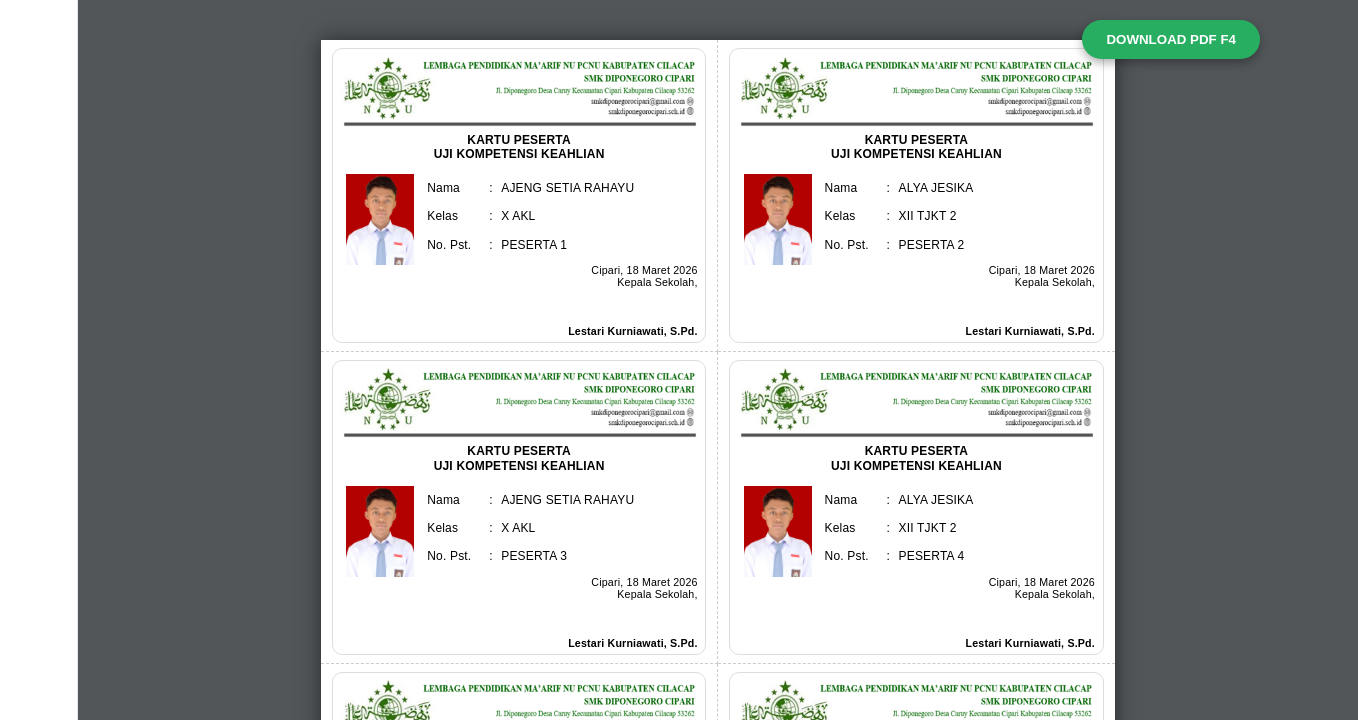
Repository: UsmanAzizz/generator-kartu-tes
Page: /
These files come from the project's save history. The page is drawn as it stood at one moment and after the next save; the edit follows.
The browser window is 1280 px wide. The page is 1358 px wide, then 1280 px, so the pictures cover 1358 px, including what lies to the right of the window. The pictures show the whole page.
An inner scrolling area shows only its first screen. The project was rebuilt for these pictures with package versions that can differ from the ones it lists, and the page was loaded fresh each time. Also part of the build but not shown: vite.config.js.

Above is the page before, as saved 2026-03-18 16:34:19.

After the next save:
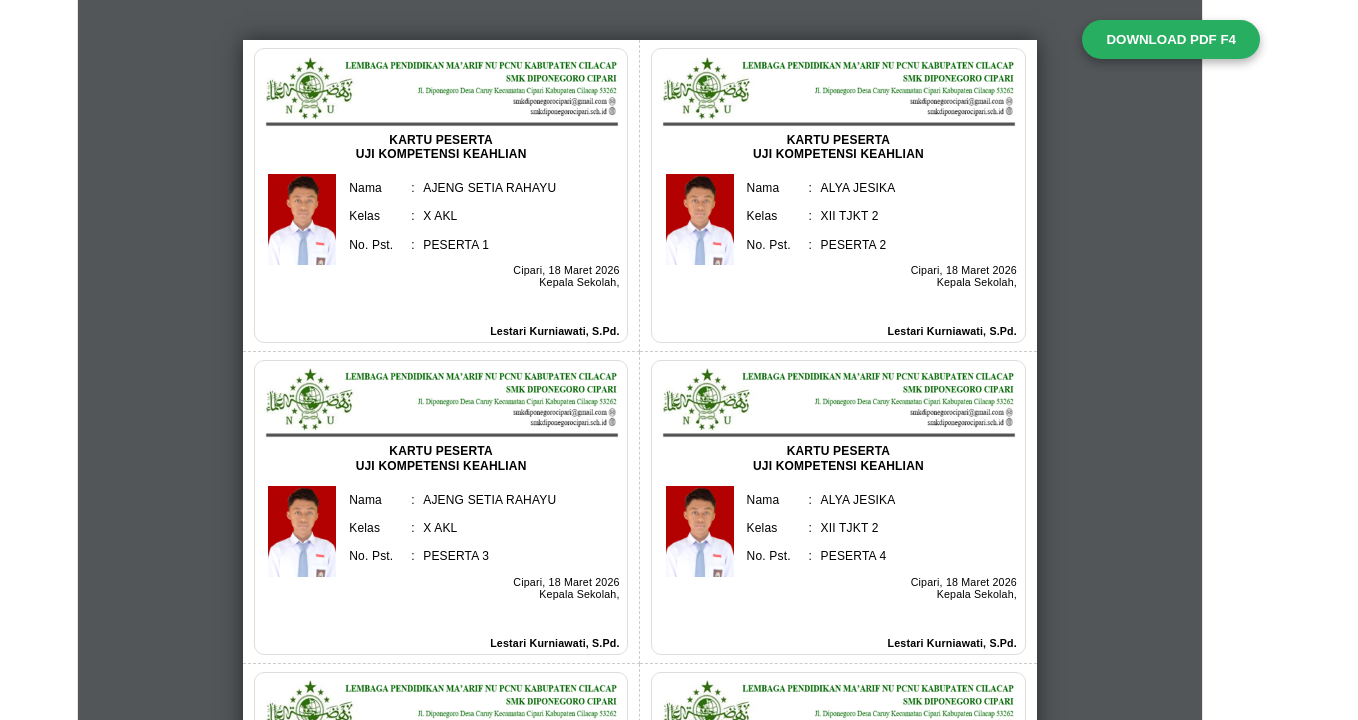
Saved 30 s later.
--- a/src/App.jsx
+++ b/src/App.jsx
@@ -49,7 +49,7 @@
     wrapper: {
       backgroundColor: '#525659',
       height: '100vh',
-      width: '100vw',
+      width: '100%',
       fontFamily: 'Arial, sans-serif',
       overflow: 'hidden', // Menghilangkan scrollbar browser
       display: 'flex',
